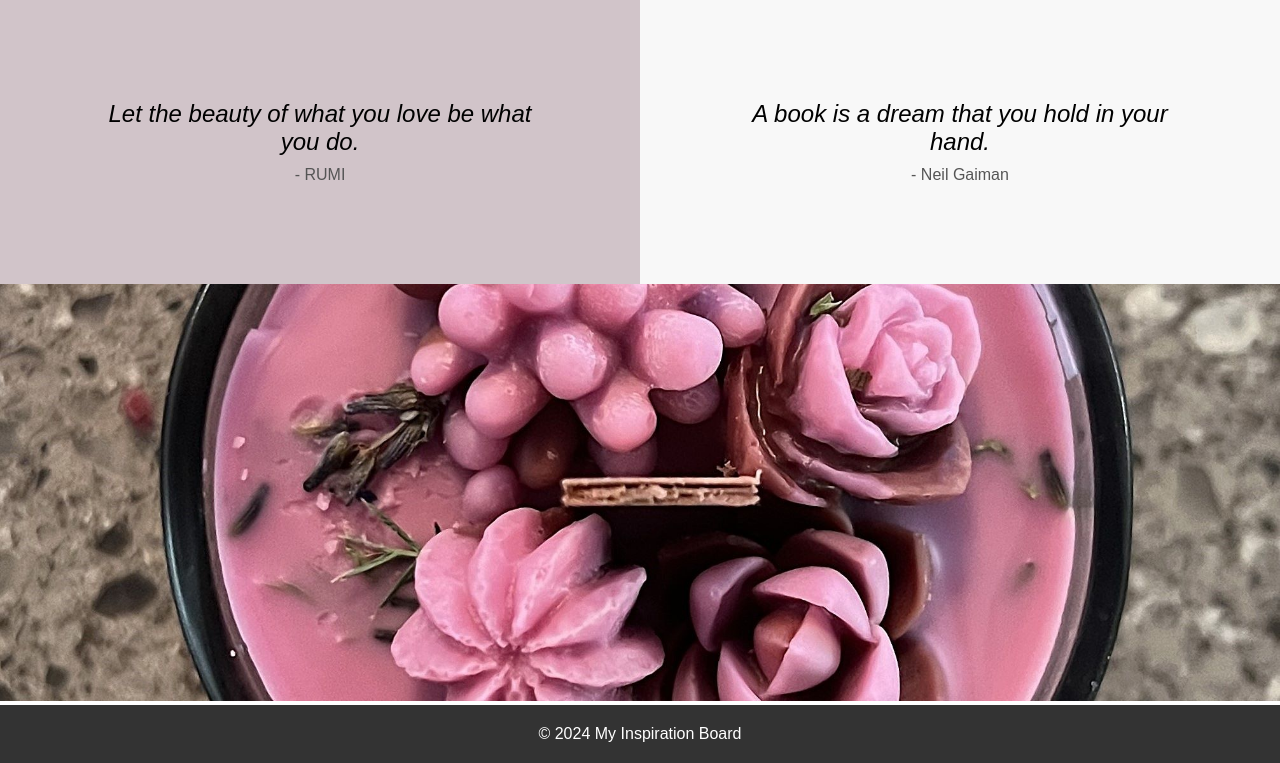
Repository: Brittany-Westlund/MART341-WebDesign
Page: WebDesignHomework/Assignment10/index.html
An editor plug-in stored every save of this project. The page is shown before and after the next save, followed by the edit.
The browser window is 1280 px wide. The pictures show the part of the page from y = 538 to 1301 px (the page is 1301 px tall before and 1149 px after).

Above is the page before, as saved 2024-10-27 22:29:31.

### WebDesignHomework/Assignment10/index.html
<!DOCTYPE html>
<html lang="en">
<head>
    <meta charset="UTF-8">
    <meta name="viewport" content="width=device-width, initial-scale=1.0">
    <title>My Inspiration Board</title>
    <link rel="stylesheet" href="style/style.css">
</head>
<body>
    <nav>
        <ul>
            <li><a href="contact.html">CONTACT</a></li>
            <li><a href="index.html">INSPIRATION</a></li>
            <li><a href="about.html">ABOUT</a></li>
        </ul>
    </nav>


    <div class="banner">INSPIRATION</div>

<!-- Full-width video section -->
<div>
    <video class="full-width-video" autoplay muted loop>
        <source src="videos/journaling-video.mp4" type="video/mp4">
        Your browser does not support the video tag.
    </video>
</div>

    <div class="two-column-block">
        <div class="left-section">
            <blockquote>Let the beauty of what you love be what you do.</blockquote>
            <p id="quote-author">- RUMI</p>
        </div>
        <div class="right-section">
            <blockquote>A book is a dream that you hold in your hand.</blockquote>
            <p id="quote-author">- Neil Gaiman</p>
        </div>
    </div>

    <!-- Full-width image section -->
    <div>
        <img class="banner-image" src="images/succulent_candle_topview_banner.jpg">
    </div>

    <footer>
        &copy; 2024 My Inspiration Board
    </footer>
</body>
</html>

### WebDesignHomework/Assignment10/style/style.css
/* Reset default styles */
* {
    margin: 0;
    padding: 0;
    box-sizing: border-box;
}

body {
    font-family: Arial, sans-serif;
}

/* Navigation styling */
/* General reset */
* {
    margin: 0;
    padding: 0;
    box-sizing: border-box;
}

/* Navigation container */
nav {
    background-color: #fefefe;
    padding: 10px;
    text-align: center;
}

/* Unordered list styling */
nav ul {
    list-style-type: none; /* Removes bullet points */
    display: flex; /* Aligns items in a row */
    justify-content: center; /* Centers items horizontally */
    gap: 20px; /* Adds space between each link */
}

/* Link styling */
nav ul li a {
    color: #000;
    text-decoration: none;
    font-weight: bold;
}

/* Dark gray banner styling */
.banner {
    height: 200px;
    background-color: #333;
    color: white;
    display: flex;
    align-items: center;
    justify-content: center;
    font-size: 3.3em;
    text-align: center;
    letter-spacing: 0.3em;
}

/* Banner image styling */
.banner-image {
    width: 100%;
    height: auto;
    margin-bottom: 0;
    padding: 0;
}

/* Two-column block styling */
.two-column-block {
    display: flex;
}

.two-column-block div {
    flex: 1;
    padding: 100px;
    text-align: center;
}

.left-section {
    background-color: #d1c4c9;
}

.right-section {
    background-color: #f8f8f8;
}

/* Styling for blockquote and author */
blockquote {
    font-size: 1.5em;
    font-style: italic;
    margin: 0;
}

#quote-author {
    font-size: 1em;
    color: #555;
    margin-top: 10px;
}

/* Full-width video styling */
.full-width-video {
    width: 100%;
    height: 300px;
    object-fit: cover; /* Ensures video covers the div fully */
    display: block;
}

/* Footer styling */
footer {
    background-color: #333;
    color: white;
    text-align: center;
    padding: 20px;

}

After the next save:
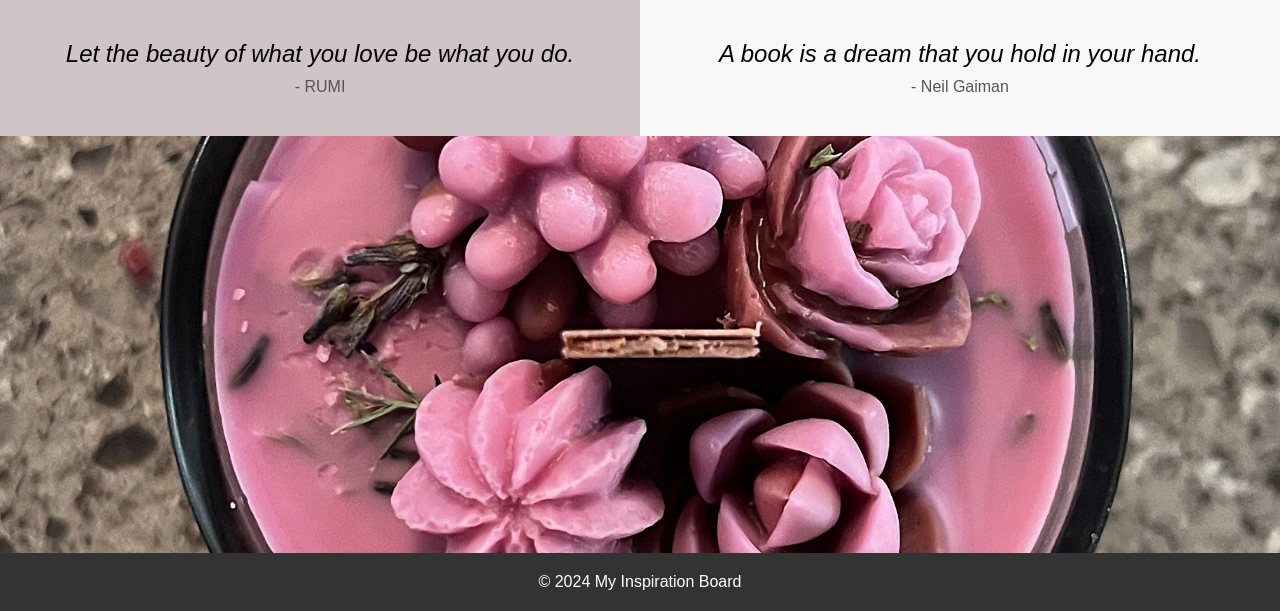
Saved 3 min 18 s later.
--- a/WebDesignHomework/Assignment10/style/style.css
+++ b/WebDesignHomework/Assignment10/style/style.css
@@ -10,36 +10,26 @@ body {
 }
 
 /* Navigation styling */
-/* General reset */
-* {
-    margin: 0;
-    padding: 0;
-    box-sizing: border-box;
-}
-
-/* Navigation container */
 nav {
     background-color: #fefefe;
     padding: 10px;
     text-align: center;
 }
 
-/* Unordered list styling */
 nav ul {
-    list-style-type: none; /* Removes bullet points */
-    display: flex; /* Aligns items in a row */
-    justify-content: center; /* Centers items horizontally */
-    gap: 20px; /* Adds space between each link */
+    list-style-type: none;
+    display: flex;
+    justify-content: center;
+    gap: 20px;
 }
 
-/* Link styling */
 nav ul li a {
     color: #000;
     text-decoration: none;
     font-weight: bold;
 }
 
-/* Dark gray banner styling */
+/* Banner styling */
 .banner {
     height: 200px;
     background-color: #333;
@@ -56,8 +46,7 @@ nav ul li a {
 .banner-image {
     width: 100%;
     height: auto;
-    margin-bottom: 0;
-    padding: 0;
+    display: block;
 }
 
 /* Two-column block styling */
@@ -67,7 +56,7 @@ nav ul li a {
 
 .two-column-block div {
     flex: 1;
-    padding: 100px;
+    padding: 40px;
     text-align: center;
 }
 
@@ -83,20 +72,20 @@ nav ul li a {
 blockquote {
     font-size: 1.5em;
     font-style: italic;
-    margin: 0;
+    margin-bottom: 10px;
 }
 
 #quote-author {
     font-size: 1em;
     color: #555;
-    margin-top: 10px;
+    margin-top: 5px;
 }
 
 /* Full-width video styling */
 .full-width-video {
     width: 100%;
     height: 300px;
-    object-fit: cover; /* Ensures video covers the div fully */
+    object-fit: cover;
     display: block;
 }
 
@@ -106,5 +95,4 @@ footer {
     color: white;
     text-align: center;
     padding: 20px;
-
 }
